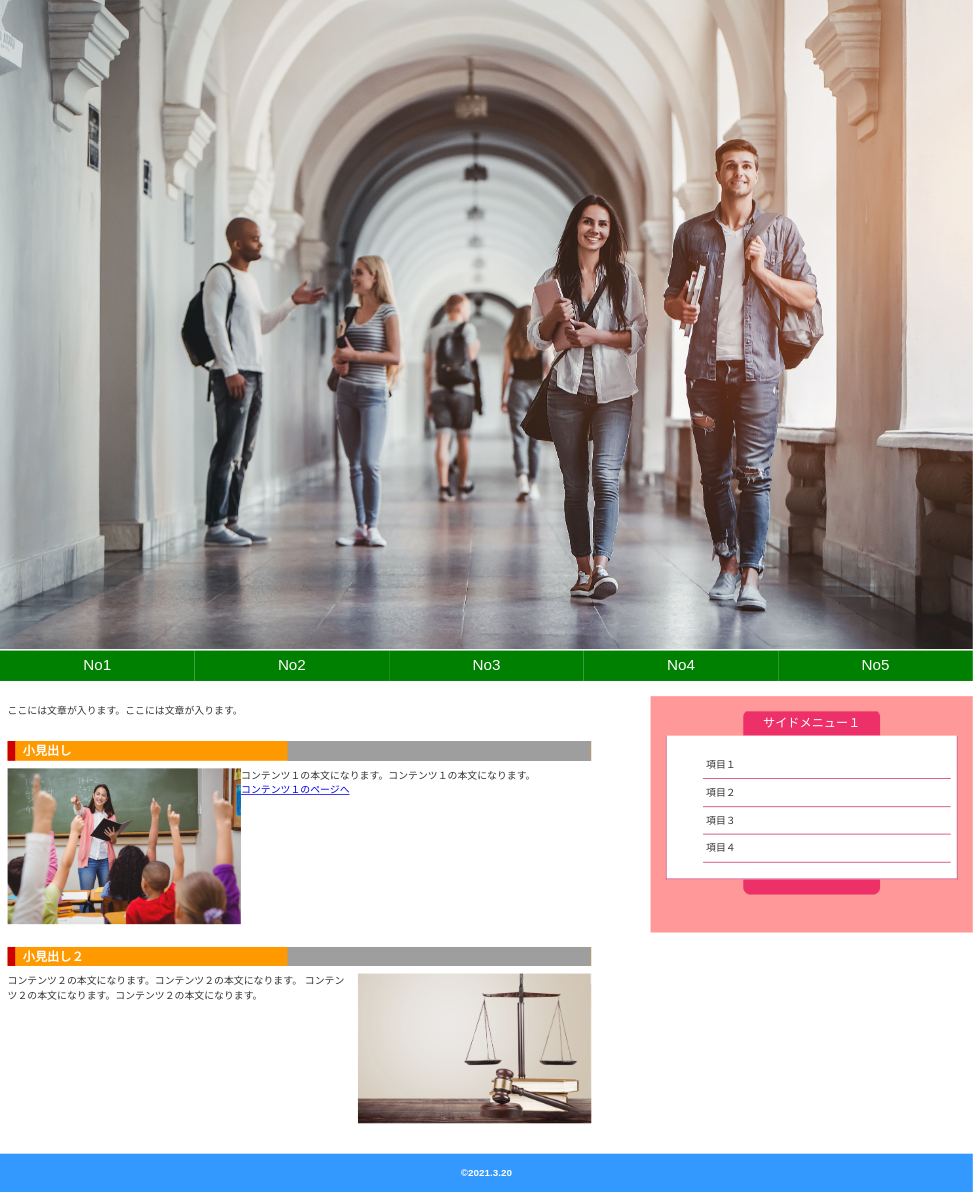
Repository: Hikaru-Ichikawa/samurai_HTML-CSS
Page: home.html
The author's editor kept a record of every edit. The page is drawn from the files as they stood at one moment, then again after the next edit.
The browser window is 1280 px wide. The pictures show the whole page, at 76% of full size.
Pictures or frames that could not be fetched are drawn as grey boxes.

Above is the page before.

### home.html
<!DOCTYPE html>
<html lang="ja">
    <head>
        <meta charset="UTF-8">
        <title>HTML/CSSの学習</title>
        <link rel="stylesheet" href="stylesheet.css">
    </head>
    <body>
        <div id='header'>
            <h1><a href=''><img id='corridor' src='images/school.jpeg' alt=''></a></h1>
        </div>
        <div id='nav'>
            <ul>
                <li>
                    <a href=''>No1</a>
                </li>
                <li>
                    <a href=''>No2</a>
                </li>
                <li>
                    <a href=''>No3</a>
                </li>
                <li>
                    <a href=''>No4</a>
                </li>
                <li>
                    <a href=''>No5</a>
                </li>
            </ul>
        </div>
        <div id='container'>
            <div id='main'>
                <div class='post'>
                    <p>ここには文章が入ります。ここには文章が入ります。</p>
                </div>
                <div class='post clearfix'>
                    <h2>小見出し</h2>
                    <img class='left' src='images/classroom.jpeg' alt='教室'>
                    <p>
                        コンテンツ１の本文になります。コンテンツ１の本文になります。
                    </p>
                    <p>
                        <a href="#">コンテンツ１のページへ</a>
                    </p>
                </div>
                <div class='post clearfix'>
                    <h2>小見出し２</h2>
                    <img class='right' src='images/scale.jpeg' alt='天秤'>
                    <p>
                        コンテンツ２の本文になります。コンテンツ２の本文になります。
                        コンテンツ２の本文になります。コンテンツ２の本文になります。
                    </p>
                </div>
            </div>
            <div id='side'>
                <div class='box'>
                    <h2>サイドメニュー１</h2>
                    <div class='boxBody'>
                        <ul>
                            <li>項目１</li>
                            <li>項目２</li>
                            <li>項目３</li>
                            <li>項目４</li>
                        </ul>
                    </div>
                </div>
            </div>
        </div>
        <div id='footer'>
            <p>&copy;2021.3.20</p>
        </div>
    </body>
</html>

### stylesheet.css
@charset "utf-8";

html{
    scroll-behavior:smooth;
}

body {
	margin: 0;
	padding: 0;
	font-family: "ヒラギノ角ゴ Pro W3", "Hiragino Kaku Gothic Pro", "メイリオ", Meiryo, Osaka, "ＭＳ Ｐゴシック", "MS PGothic", sans-serif;
	color: #333;
	font-size: 13px;
	line-height: 150%;
	background-image:url(images/Samurai.png);
	background-repeat: no-repeat;
}

/* -------------------- wrapper -------------------- */
#wrapper {
    width: 100%;
    margin: auto;
    padding: 0px;
    border: 0px;
    background-color: #FFF;
    top: 10px;
    position: relative;
}

#header {
    width:100%;
}

#header h1 {
    margin:0;
    padding:0;
}

#corridor{
    width:100%;
    height:auto;
}



#footer {
    clear: both;
    width: 100%;
    padding: 3px 0 3px 0;
    background: #39F;
    color: #FFF;
    font-weight: bold;
    text-align: center;
}

#nav{
    width:100%;
}

#nav ul{
    margin: 0;
    padding: 0;
    list-style-type: none;
}

#nav ul li{
    float: left;
    width: 20%;
    text-align: center;
}

#nav ul li a{
    display:block;
    height: 20px;
    margin: 0;
    padding: 10px;
    color:#FFF;
    font-size: 20px;
    text-decoration:none;
    background-color: green;
}

#nav ul li a:hover {
    filter: drop-shadow(10px 10px 10px black);
}

#responsive-img{
    height: auto;
    width: 80vw;
}

#container{
    width: 100%;
    margin: auto;
    padding: auto;
    padding-top: 20px;
    clear:both;
}

#main{
    float:left;
    width: 60%;
    padding: 10px 30px 10px 10px;
}

#main h2{
    margin: 0 0 10px 0;
    padding:3px 10px 3px 10px;
    color: #FFF;
    font-size: 16px;
    border-left: solid 10px #C00;
    background: #F90 url(../images/main_h2.jpg) right top repeat-y;
}

#main p{
    margin:0;
    padding:0;
}

#main .post{
    margin: 0 0 30px 0;
}

#main .post img.right{
    margin: 0 0 0 8px;
}

#main .post img.left{
    margin 0 8px 0 0;
}

.right{
    float: right;
    width: 40%;
    height: auto;
}

.left{
    float: left;
    width:40%;
    height: auto;
}

.clearfix{
    zoom: 1;
}

.clearfix:after{
    content: "";
    display: block;
    clear: both;
}

#side{
    float:right;
    width: 30%;
    padding:20px;
    background-color: #F99;
}

#side .box{
    margin:0 auto 30px auto;
    padding:0 0 20px 0;
    background:url(images/side_box.png) bottom no-repeat;
}

#side .box h2{
    margin:0;
    padding: 8px;
    text-align: center;
    color: #fff;
    font-size: 16px;
    line-height:16px;
    font-weight:normal;
    background: url(images/side_box_h2.png) center no-repeat;
}

#side .box .boxBody{
    padding: 8px;
    border-right: solid 1px #C36;
    border-bottom: solid 1px #C36;
    border-left: solid 1px #C36;
    background: #fff;
}

#side .box .boxBody ul li{
    padding:8px 0 8px 4px;
    list-style: none;
    border-bottom:solid 1px #C36;
}

#side .box .boxBody ul li:hover {
    padding:8px 0 8px 4px;
    list-style: none;
    border-bottom:solid 1px #C36;
    box-shadow:0px 4px 4px rgba(0,0,0,0.3);
}

After the next edit:
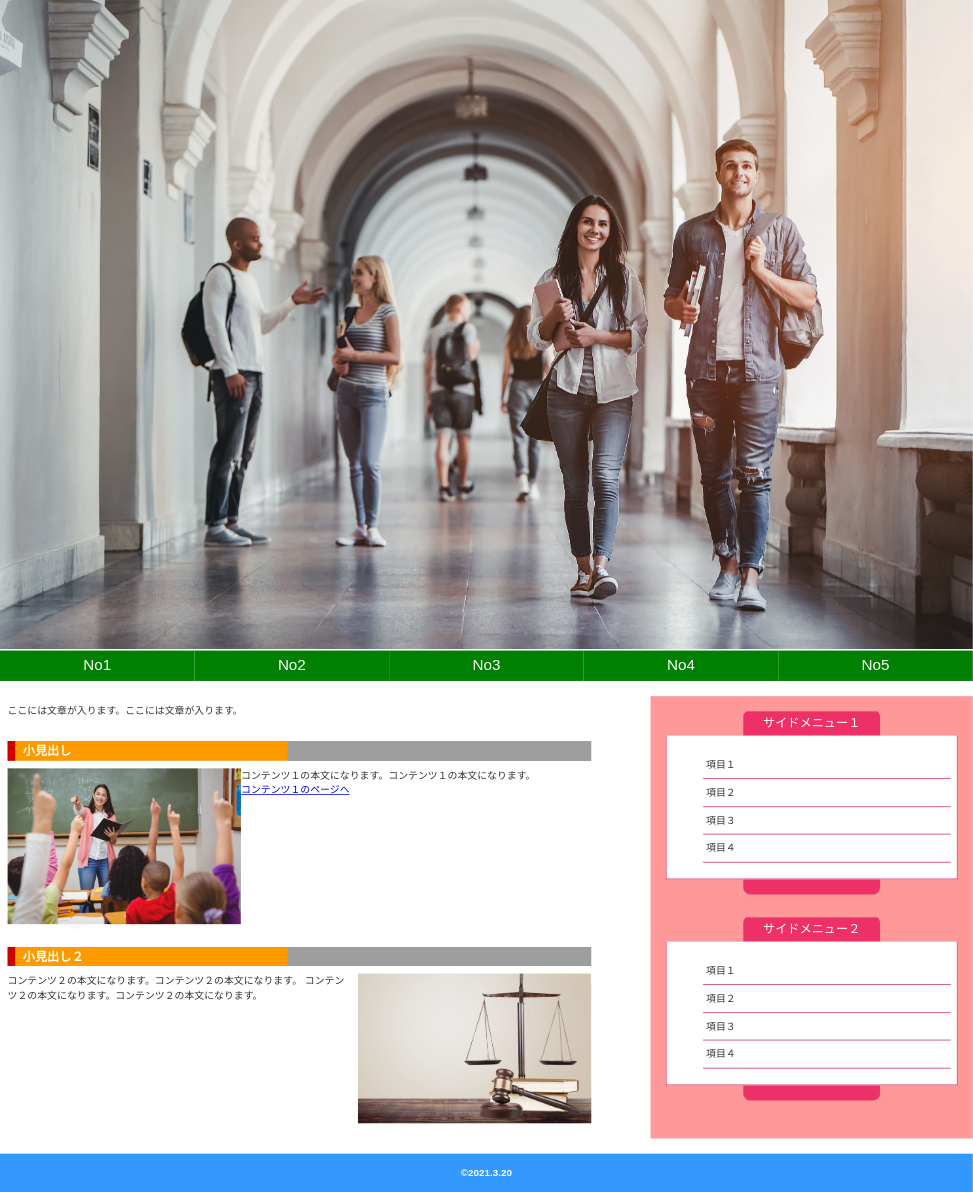
The edit:
--- a/home.html
+++ b/home.html
@@ -64,6 +64,17 @@
                         </ul>
                     </div>
                 </div>
+                <div class='box'>
+                    <h2>サイドメニュー２</h2>
+                    <div class='boxBody'>
+                        <ul>
+                            <li>項目１</li>
+                            <li>項目２</li>
+                            <li>項目３</li>
+                            <li>項目４</li>
+                        </ul>
+                    </div>
+                </div>
             </div>
         </div>
         <div id='footer'>
